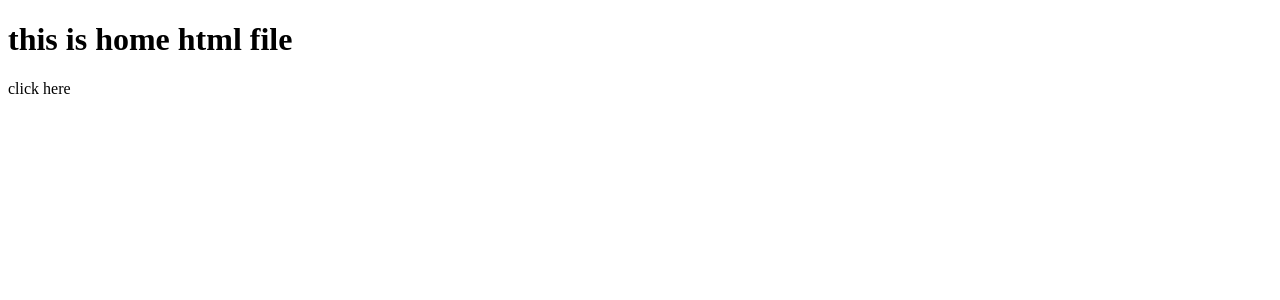
Repository: hati2002/Advance-JAva
Page: Form/src/main/webapp/home.html
These files come from the project's save history. The page is drawn as it stood at one moment and after the next save; the edit follows.
The browser window is 1280 px wide. The pictures show the whole page.

Above is the page before, as saved 2022-12-27 05:36:05.

### Form/src/main/webapp/home.html
<!DOCTYPE html>
<html>
<head>
<meta charset="ISO-8859-1">
<title>Insert title here</title>
</head>
<body>
<h1>this is home html file</h1>
<a href"index.html"> click here</a>
</body>
</html>

After the next save:
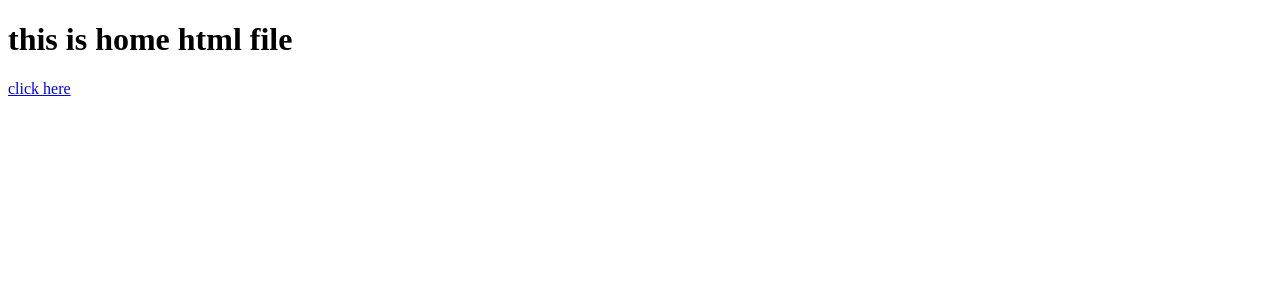
Saved 22 s later.
--- a/Form/src/main/webapp/home.html
+++ b/Form/src/main/webapp/home.html
@@ -6,6 +6,6 @@
 </head>
 <body>
 <h1>this is home html file</h1>
-<a href"index.html"> click here</a>
+<a href="index.html"> click here</a>
 </body>
 </html>
